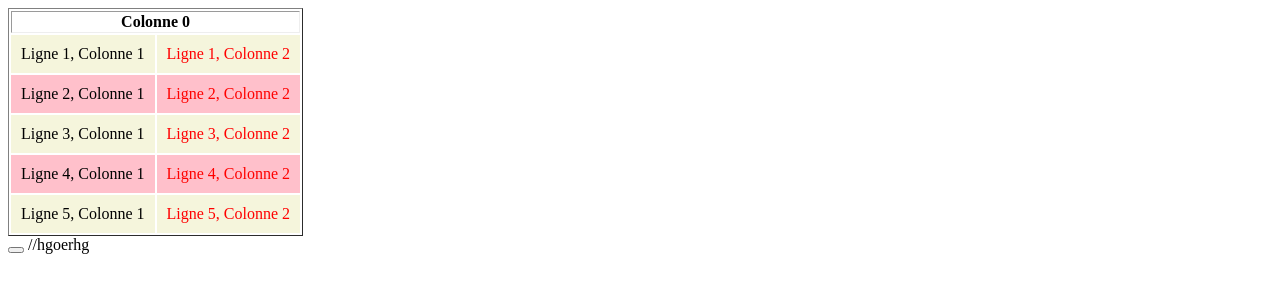
Repository: Chaimaa482/web-tp4
Page: ex1.html
The author's editor kept a copy of each file at every save. The page is drawn from the files as they stood at one save, then again after a run of saves.
The browser window is 1280 px wide. The pictures show the whole page.

Above is the page before, as saved 2023-10-29 14:34:24.

### ex1.html
<!DOCTYPE html>
<html>
<style>
</style>
<body>
    <table border="1">
        <tr>
            <th>Colonne 0</th>
            <th>Colonne 0</th>
        </tr>
        <tr>
            <td>Ligne 1, Colonne 1</td>
            <td>Ligne 1, Colonne 2</td>
        </tr>
        <tr>
            <td>Ligne 2, Colonne 1</td>
            <td>Ligne 2, Colonne 2</td>
        </tr>
        <tr>
            <td>Ligne 3, Colonne 1</td>
            <td>Ligne 3, Colonne 2</td>
        </tr>
        <tr>
            <td>Ligne 4, Colonne 1</td>
            <td>Ligne 4, Colonne 2</td>
        </tr>
        <tr>
            <td>Ligne 5, Colonne 1</td>
            <td>Ligne 5, Colonne 2</td>
        </tr>
    </table>
    <button></button>
//hgoerhg
    <script>
        var table = document.getElementsByTagName('table');
        var cells = document.getElementsByTagName("td");

        // Donner une couleur de fond rose aux lignes paires et beige aux lignes impaires
        var rows = document.querySelectorAll("tr");
        for (var i = 1; i < rows.length; i++) {
            if (i % 2 === 0) {
                rows[i].style.backgroundColor = "pink";
            } else {
                rows[i].style.backgroundColor = "beige";
            }
        }

        // Donner une classe col1 aux colonnes paires et col2 aux colonnes impaires
        for (var i = 0; i < cells.length; i++) {
            if (i % 2 === 0) {
                cells[i].style.color= 'black';
            } else {
                cells[i].style.color= 'red';
            }
        }
        //fusionner la premiere line
        var row = document.querySelector('table tr:first-child');
        row.cells[0].colSpan=2;
        row.removeChild(row.cells[1]);


        //delete bordure
        rows[0].style.border = "none";
        for (var i = 0; i < cells.length; i++) {
            cells[i].style.border = "none";
            cells[i].style.padding='10px'
        }

    </script>
</body>
</html>

After the next 2 saves:
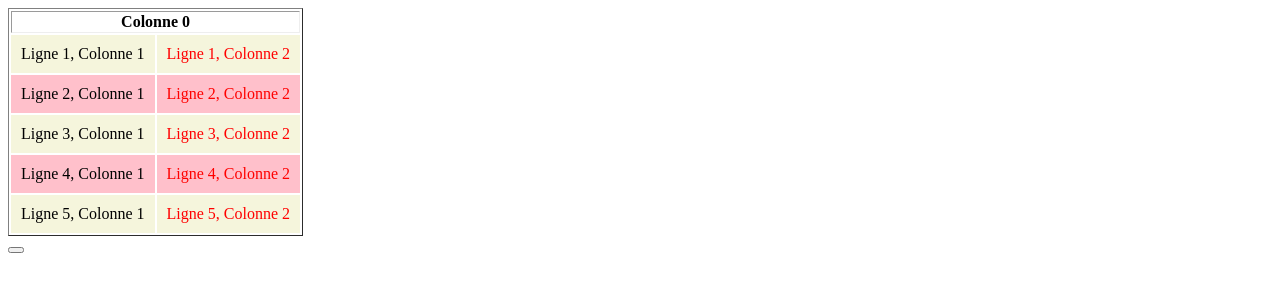
The 2 saves are shown as one change because they came seconds apart.
The last was saved 9 s later.
--- a/ex1.html
+++ b/ex1.html
@@ -30,11 +30,11 @@
         </tr>
     </table>
     <button></button>
-//hgoerhg
+
     <script>
         var table = document.getElementsByTagName('table');
         var cells = document.getElementsByTagName("td");
-
+   //kdurgheroihg
         // Donner une couleur de fond rose aux lignes paires et beige aux lignes impaires
         var rows = document.querySelectorAll("tr");
         for (var i = 1; i < rows.length; i++) {
